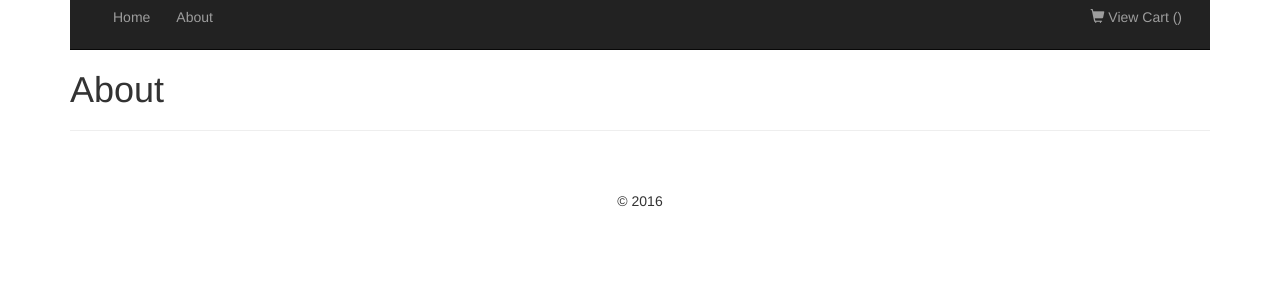
Repository: iancwwong/DigitalBibliographicalLibrary
Page: http://localhost/DigitalBibliographicLibrary/aboutpage.jsp
An editor plug-in stored every save of this project. The page is shown before and after the next save, followed by the edit.
The browser window is 1280 px wide. The pictures show the whole page.
The page is served by Tomcat 9. Other server files are loaded and not shown.

Above is the page before, as saved 2016-08-28 01:28:13.

### DigitalBibliographicLibrary/WebContent/aboutpage.jsp
<%@ page language="java" contentType="text/html; charset=ISO-8859-1"
    pageEncoding="ISO-8859-1"%>
<!DOCTYPE html PUBLIC "-//W3C//DTD HTML 4.01 Transitional//EN" "http://www.w3.org/TR/html4/loose.dtd">
<html>
<head>

	<!--  Bootstrap meta tags  -->
    <meta charset="utf-8">
    <meta http-equiv="X-UA-Compatible" content="IE=edge">
    <meta name="viewport" content="width=device-width, initial-scale=1">

    <!--  Other heads -->
	<meta http-equiv="Content-Type" content="text/html; charset=ISO-8859-1">

	<title>DBL - About</title>

	<!-- Bootstrap -->
    <link href="css/bootstrap.min.css" rel="stylesheet">

    <!--  Page styling -->
    <link href="css/general.css" rel="stylesheet">
    <link href="css/navbar.css" rel="stylesheet">

</head>
<body>
	<div class="container">
		<!--  Navbar -->
		<%@ include file="include/navbar.html"%>

		<!-- Page Content -->
		<h1>About</h1>
		<hr/>

		<!-- Footer -->
		<%@ include file="include/footer.html"%>

	</div>

</body>
</html>

### DigitalBibliographicLibrary/WebContent/include/navbar.html
<!--  This file contains the information of the navigation bar -->
<!-- Navbar content -->
<div class="navbar-wrapper">

    <nav class="navbar navbar-inverse navbar-static-top">
      <div class="container">
        <div id="navbar" class="navbar-collapse collapse">
          <ul class="nav navbar-nav">
            <li class="active">
				<form action='control' method='POST'>
					<input type='hidden' name="action" value="viewIndexPage"/>
					<button type="submit" class="btn btn-link">
						Home
					</button>
				</form>
            </li>
            <li>
				<form action='control' method='POST'>
					<input type='hidden' name="action" value="viewAboutPage"/>
					<button type="submit" class="btn btn-link">
						About
					</button>
				</form>
            </li>
          </ul>
          <ul class="nav navbar-nav navbar-right">
          	<li>
				<form action='control' method='POST'>
					<input type='hidden' name="action" value="viewCartPage"/>
					<button type="submit" class="btn btn-link">
						<span class="glyphicon glyphicon-shopping-cart"></span>
						View Cart (${userBean.cart.numItems})
					</button>
				</form>
          	</li>
          </ul>
        </div>
      </div>
    </nav>

</div>

### DigitalBibliographicLibrary/WebContent/include/footer.html
<!-- Footer content -->
<br />
<br />
<footer class="container-fluid">
	<center><p>&copy; 2016</p></center>
</footer>

### DigitalBibliographicLibrary/WebContent/css/general.css
// Body
body {
	margin: 0;
	padding: 10px;
}

// Footer
footer {
  background-color: #555;
  color: white;
  padding: 15px;
}

### DigitalBibliographicLibrary/WebContent/css/navbar.css
<!-- This file contains the stylings for the navigation bar -->

/* Special class on .container surrounding .navbar, used for positioning it into place. */
.navbar-wrapper {
  position: absolute;
  top: 0;
  right: 0;
  left: 0;
  z-index: 20;
}

/* Flip around the padding for proper display in narrow viewports */
.navbar-wrapper > .container {
  padding-right: 0;
  padding-left: 0;
}
.navbar-wrapper .navbar {
  padding-right: 15px;
  padding-left: 15px;
}
.navbar-wrapper .navbar .container {
  width: auto;
}

Loaded but not shown: DigitalBibliographicLibrary/WebContent/css/bootstrap.min.css (library)

After the next save:
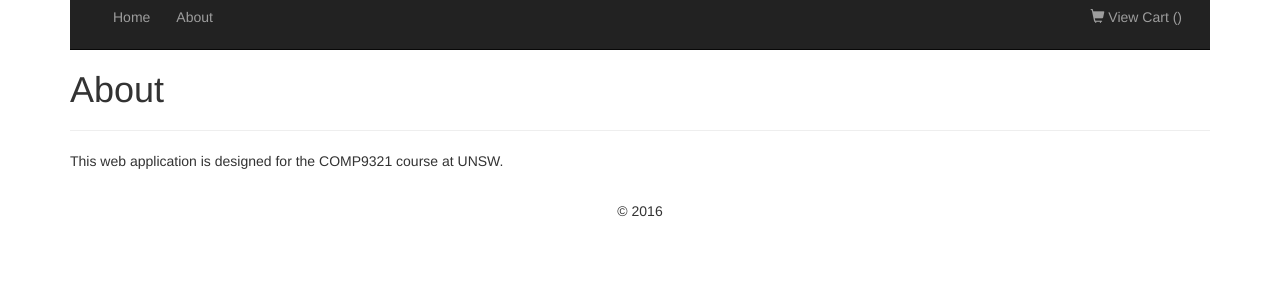
Saved 18 s later.
--- a/DigitalBibliographicLibrary/WebContent/aboutpage.jsp
+++ b/DigitalBibliographicLibrary/WebContent/aboutpage.jsp
@@ -30,6 +30,7 @@
 		<!-- Page Content -->
 		<h1>About</h1>
 		<hr/>
+		<p>This web application is designed for the COMP9321 course at UNSW.
 
 		<!-- Footer -->
 		<%@ include file="include/footer.html"%>
